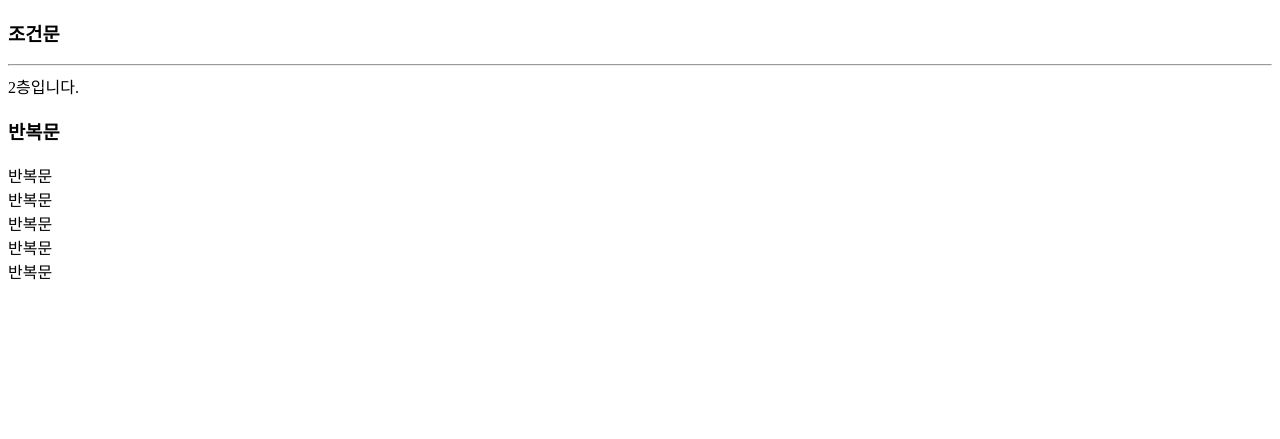
Repository: NewParkk/MultiStudy
Page: http://localhost/step06_jsp/step04_jstl.jsp
An editor plug-in stored every save of this project. The page is shown before and after the next save, followed by the edit.
The browser window is 1280 px wide. The pictures show the whole page.
The page is served by Tomcat 9.

Above is the page before, as saved 2023-12-28 07:11:52.

After the next save:
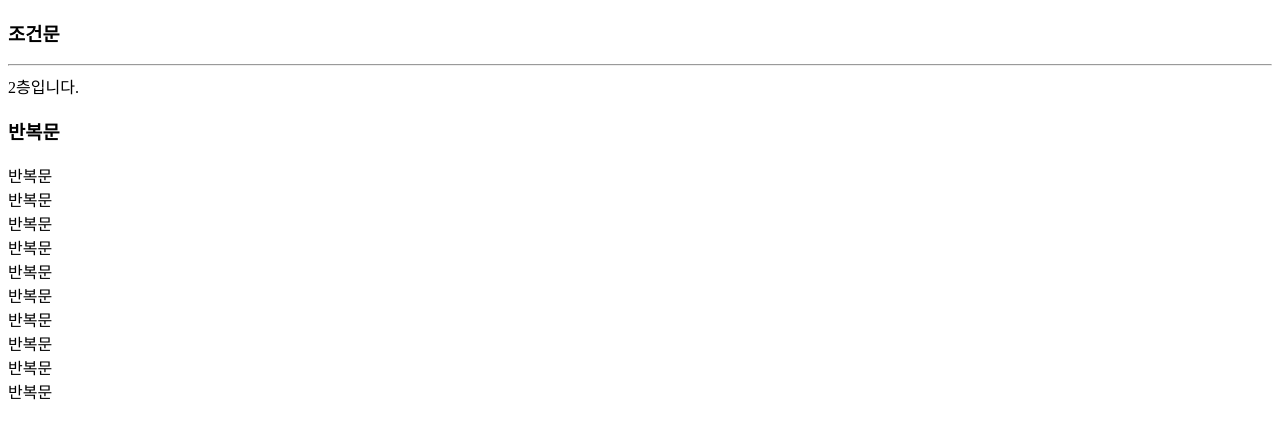
Saved 13 s later.
--- a/04.web/step06_jsp/WebContent/step04_jstl.jsp
+++ b/04.web/step06_jsp/WebContent/step04_jstl.jsp
@@ -40,6 +40,7 @@
 	<!-- 1 ~ 5 -->
 	<c:forEach begin="1" end="5">
 		반복문<br/>
+		반복문<br/>
 	</c:forEach>
 
 

After the save that followed:
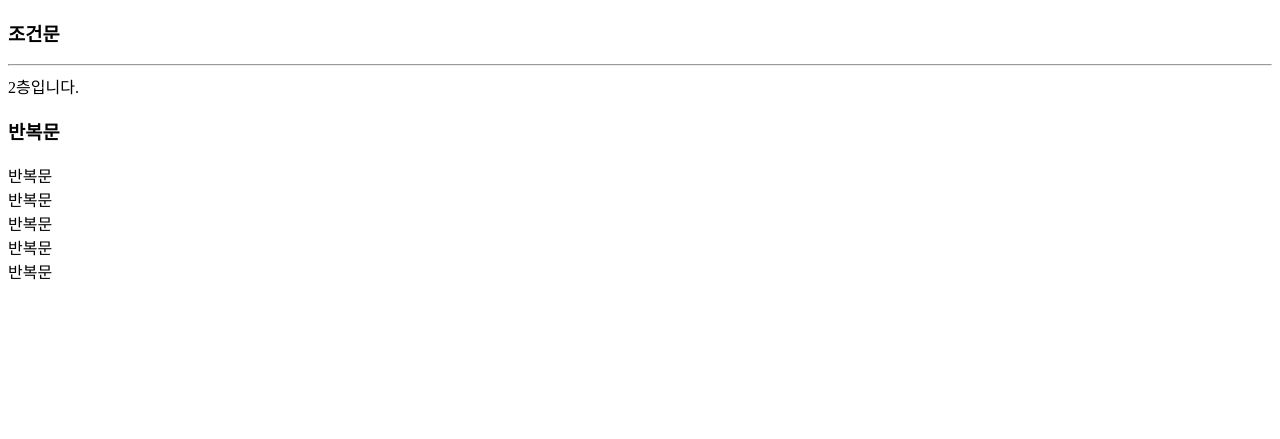
Saved 19 s later.
--- a/04.web/step06_jsp/WebContent/step04_jstl.jsp
+++ b/04.web/step06_jsp/WebContent/step04_jstl.jsp
@@ -40,7 +40,6 @@
 	<!-- 1 ~ 5 -->
 	<c:forEach begin="1" end="5">
 		반복문<br/>
-		반복문<br/>
 	</c:forEach>
 
 
